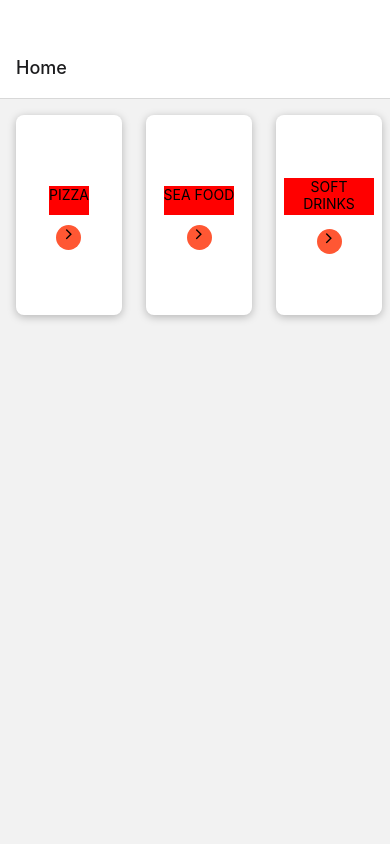
Repository: Esraa22M/ReactNative
Screen: /
An editor plug-in stored every save of this project. The screen is shown before and after the next save, followed by the edit.
Pictures or frames that could not be fetched are drawn as grey boxes. The app was drawn by React Native's web renderer in a window 390 px wide. The project was rebuilt for these pictures with package versions that can differ from the ones it lists, and the page was loaded fresh each time. Also part of the build but not shown: src/components/header/header.component.js, src/colors/front-screen-colors/user-auth-colors.js, src/components/header/header.styles.js, src/components/textInput/textInput.styles.js, src/components/textInput/textInput.components.jsx, src/components/singup-form-body/singup-form-body.components.js, src/screens/front-screen/Singup/singup-screen.screens.jsx, src/authentication/api/login-info.js and 2 more.

Above is the screen before, as saved 2023-09-21 02:34:48.

### App.js
import { SafeAreaView } from "react-native";
import { singupStyles } from "./src/screens/front-screen/Singup/singup-screen.styles";
import { Singup } from "./src/screens/front-screen/Singup/singup-screen.screens";
import UserCard from "./src/screens/front-screen/user-card/user-card.screens";
import { NavigationContainer } from "@react-navigation/native";
import { createStackNavigator } from "@react-navigation/stack";
import { Home } from "./src/screens/front-screen/home/home.screens";
const Stack = createStackNavigator();
export default function App() {
  return (
    <SafeAreaView style={singupStyles.container}>
      {/* <UserCard /> */}
      <NavigationContainer>
        <Stack.Navigator>
          <Stack.Screen name="Home" component={Home} />
        </Stack.Navigator>
      </NavigationContainer>
    </SafeAreaView>
  );
}

### src/screens/front-screen/Singup/singup-screen.styles.jsx
import { StyleSheet } from "react-native";
export const singupStyles = StyleSheet.create({
  container: { flex: 1, marginTop: 35 },
});

### src/screens/front-screen/home/home.screens.js
import { View, Text } from "react-native";
import { Categories } from "../../../components/categories/categories.components";
export const Home = () => {
  return (
    <>
      <Categories />
    </>
  );
};

### src/components/categories/categories.components.js
import { categories } from "../../data/dummay__data";
import { FlatList } from "react-native";
import { CategoryItem } from "./category-item.components";
export const Categories = () => {
  function renderCategoryItem(itemData) {
    return <CategoryItem item={itemData.item} />;
  }
  return (
    <FlatList
      numColumns={3}
      data={categories}
      renderItem={renderCategoryItem}
      keyExtractor={(item) => item.id}
    />
  );
};

### src/data/dummay__data.js
import { Category } from "../modal/category.modals";
export const categories = [
  new Category(
    "1pizza",
    "Pizza",
    "https://img.freepik.com/free-vector/flying-slice-pizza-cartoon-vector-illustration-fast-food-concept-isolated-vector-flat-cartoon-style_138676-1934.jpg?w=740&t=st=1695067102~exp=1695067702~hmac=7d47136b0dff2be87480dc1a22a28658daa67f706d90b59d117303a312dc6c16"
  ),
  new Category(
    "sea_food2",
    "sea food",
    "https://img.freepik.com/free-vector/seafood-products-set_98292-1624.jpg?w=740&t=st=1695067277~exp=1695067877~hmac=62082bdd900b5c830349f2bb8f3cd3466fcfb5395c4f24459194aeaeb256cb2c"
  ),
  new Category(
    "3softDrinks",
    "soft drinks",
    "https://img.freepik.com/free-vector/soda-cups-drink_24877-57922.jpg?w=740&t=st=1695067422~exp=1695068022~hmac=60b80d144880f8a8413a85c867ecfc35a38170c71354acfc84aa5b82ae30d594"
  ),
];

### src/components/categories/category-item.components.js
import { View, Text, Image, StyleSheet, Pressable } from "react-native";
import { HomeColors } from "../../colors/front-screen-colors/home-colors";
import { IconButton } from "../icon-button/icon-button.components";
export const CategoryItem = ({ item }) => {
  const { name, image } = item;
  console.log(item);
  return (
    <View style={styles.container}>
      <Pressable>
        <View>
          <Image source={{ uri: image }} style={styles.image} />
        </View>
        <Text style={styles.categoryName}>{name}</Text>
        <View style={styles.iconContainer}>
          <IconButton name="angle-right" size={18} style={styles.angleRight} />
        </View>
      </Pressable>
    </View>
  );
};
const styles = StyleSheet.create({
  container: {
    flex: 1,
    height: 200,
    justifyContent: "space-around",
    flexDirection: "column",
    backgroundColor: HomeColors.LIGHT_COLOR,
    alignItems: "center",
    shadowColor: "black",
    shadowOpacity: 0.25,
    shadowOffset: { width: 0, height: 2 },
    shadowRadius: 8,
    marginVertical: 16,
    marginLeft: 16,
    marginRight: 8,
    elevation: 4,
    alignItems: "center",
    borderRadius: 8,
  },
  imageContainer: {
    width: 80,
    height: 80,
    flex: 1,
    borderRadius: 80 / 2,
    margin: 8,
    justifyContent: "center",
    alignItems: "center",
  },
  categoryName: {
    textTransform: "uppercase",
    justifyContent: "center",
    textAlign: "center",
    backgroundColor: "red",
    alignItems: "center",
    flexDirection: "column",
    margin: 8,
    flex: 1,
  },
  angleRight: {
    backgroundColor: HomeColors.DARK_COLOR,
    alignItems: "center",
    width: 25,
    height: 25,
    borderRadius: 25 / 2,
    margin: 8,
  },
  iconContainer: {
    justifyContent: "center",
    alignItems: "center",
    textAlign: "center",
    flex: 1,
  },
});

### src/modal/category.modals.js
export class Category {
  constructor(id, name, image) {
    this.id = id;
    this.name = name;
    this.image = image;
  }
}

### src/colors/front-screen-colors/home-colors.js
export const HomeColors = {
  LIGHT_COLOR: "white",
  ACTIVE_COLOR: "#FFBF00",
  DARK_COLOR: "#FF5733",
};

### src/components/icon-button/icon-button.components.js
import { Pressable, StyleSheet } from "react-native";
import { FontAwesome } from "@expo/vector-icons";
export const IconButton = ({ name, color, size, ...props }) => {
  return (
    <Pressable {...props}>
      <FontAwesome name={name} size={size} color={color}></FontAwesome>
    </Pressable>
  );
};

After the next save:
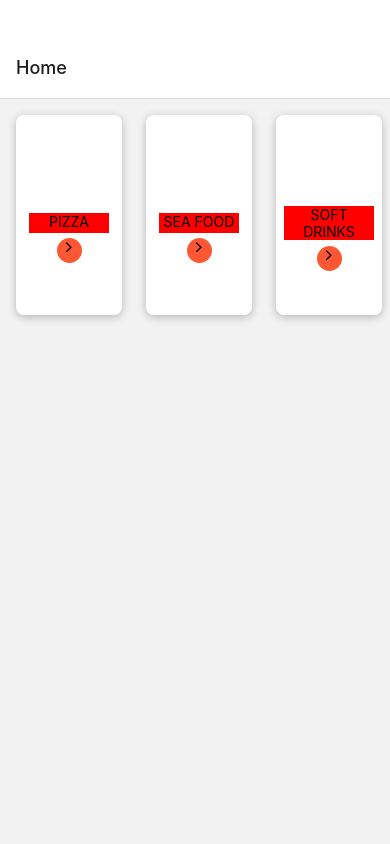
Saved 16 s later.
--- a/src/components/categories/category-item.components.js
+++ b/src/components/categories/category-item.components.js
@@ -7,7 +7,7 @@ export const CategoryItem = ({ item }) => {
   return (
     <View style={styles.container}>
       <Pressable>
-        <View>
+        <View style={styles.imageContainer}>
           <Image source={{ uri: image }} style={styles.image} />
         </View>
         <Text style={styles.categoryName}>{name}</Text>
